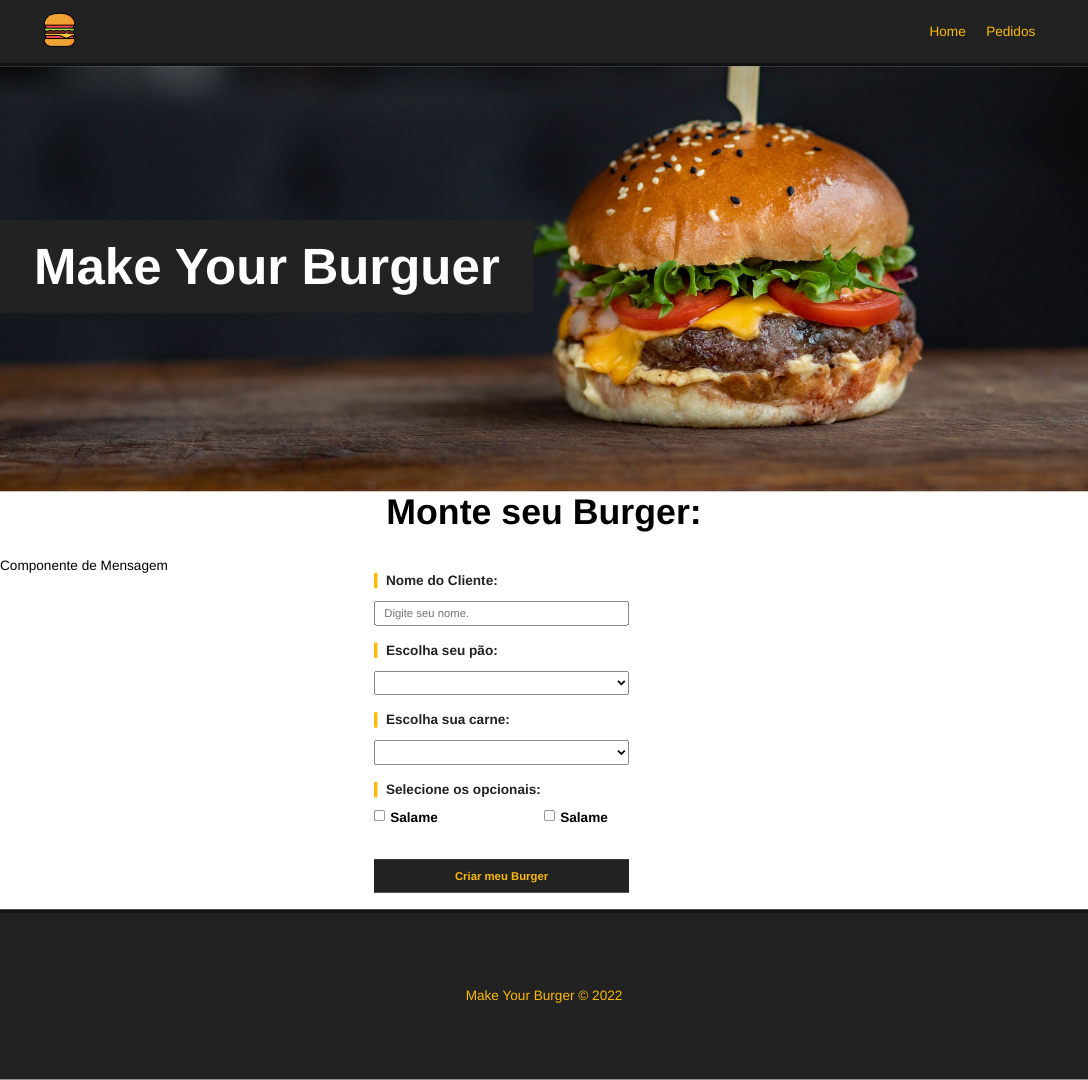
Repository: brunofa23/makeyourburguer
Page: /
An editor plug-in stored every save of this project. The page is shown before and after the next save, followed by the edit.
The browser window is 1280 px wide. The pictures show the whole page, at 85% of full size.
The project was rebuilt for these pictures with package versions that can differ from the ones it lists, and the page was loaded fresh each time. Also part of the build but not shown: vue.config.js.

Above is the page before, as saved 2022-08-09 21:08:21.

After the next save:
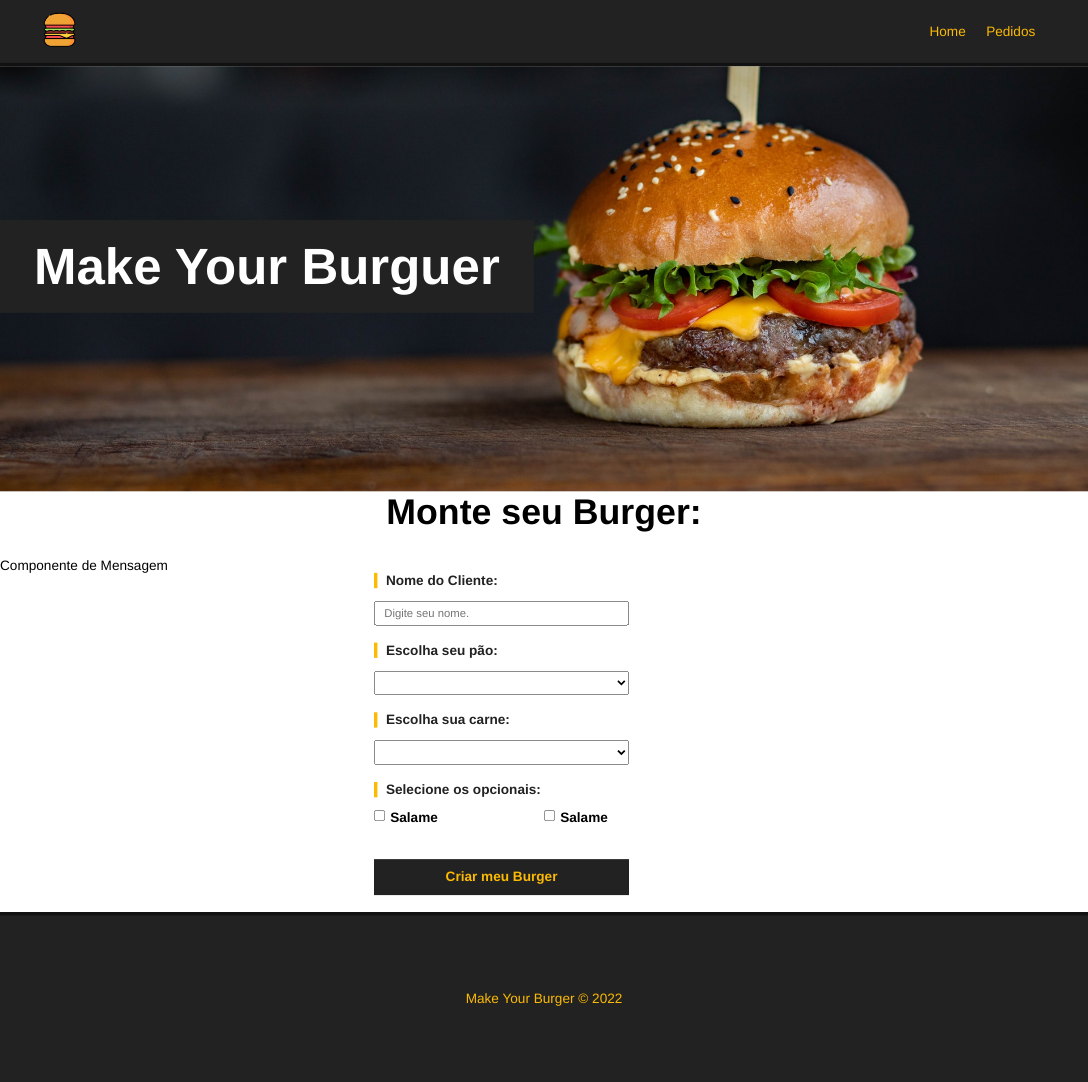
Saved 13 s later.
--- a/src/components/BurgerForm.vue
+++ b/src/components/BurgerForm.vue
@@ -122,6 +122,7 @@ select {
     font-weight: bold;
     border: 2px solid #222;
     padding: 10px;
+    font-size: 16px;
 }
 
 </style>
